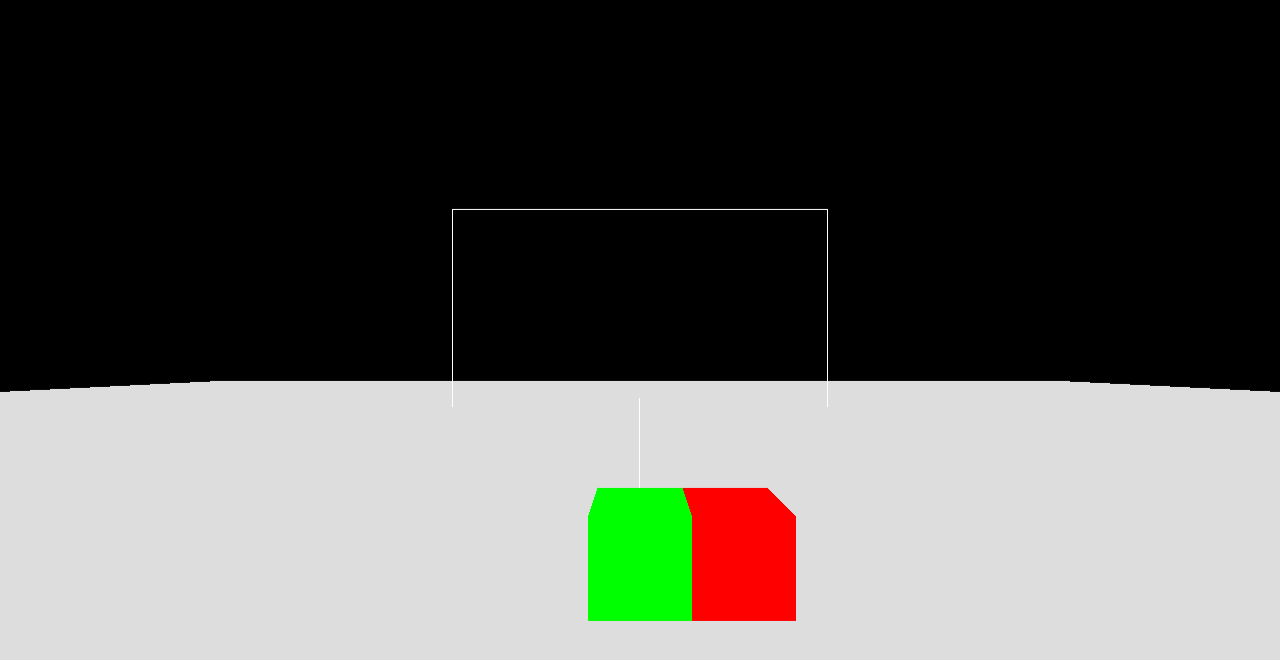
Repository: SanjoSolutions/projects
Page: minecraft/index.html
These files come from the project's save history. The page is drawn as it stood at one moment and after the next save; the edit follows.
The browser window is 1280 px wide. The pictures show the whole page.
Some web libraries are served in a nearby version.

Above is the page before, as saved 2020-08-31 19:44:43.

### minecraft/index.html
<html>
  <head>
    <title>My first three.js app</title>
    <style>
      body {
        margin: 0;
      }
      canvas {
        display: block;
      }
    </style>
  </head>
  <body>
    <script type="module" src="index.js"></script>
  </body>
</html>

### minecraft/index.js
import * as THREE from './node_modules/three/build/three.module.js';

const scene = new THREE.Scene()
const camera = new THREE.PerspectiveCamera(
  75,
  window.innerWidth / window.innerHeight,
  0.1,
  1000
)
camera.position.y = 2

const renderer = new THREE.WebGLRenderer()
renderer.setSize(window.innerWidth, window.innerHeight)
renderer.shadowMap.enabled = true
document.body.appendChild(renderer.domElement)

const ambientLight = createAmbientLight()
scene.add(ambientLight)

const hemisphereLight = createHemisphereLight()
scene.add(hemisphereLight)

const directionalLight = createDirectionalLight()
scene.add(directionalLight)

const directionalLightHelper = new THREE.DirectionalLightHelper(
  directionalLight,
  10
)
scene.add(directionalLightHelper)

const plane = createPlane()
scene.add(plane)

const cube1 = createCube(0x00ff00, { x: 0, y: 0, z: 0 })
scene.add(cube1)

const cube2 = createCube(0xff0000, { x: 1, y: 0, z: 0 })
scene.add(cube2)

camera.position.z = 5

const animate = function () {
  requestAnimationFrame(animate)

  // cube.rotation.x += 0.01
  // cube.rotation.y += 0.01

  renderer.render(scene, camera)
}

animate()

function createPlane() {
  const geometry = new THREE.PlaneGeometry(100, 100)
  const material = new THREE.MeshBasicMaterial({ color: 0xdddddd })
  const plane = new THREE.Mesh(geometry, material)
  plane.rotation.x = -Math.PI / 2
  plane.position.x = 0
  plane.position.y = -0.5
  plane.position.z = 0
  plane.receiveShadow = true
  return plane
}

function createCube(color, position) {
  const geometry = new THREE.BoxGeometry(1, 1, 1)
  const material = new THREE.MeshBasicMaterial({ color })
  const cube = new THREE.Mesh(geometry, material)
  cube.position.x = position.x
  cube.position.y = position.y
  cube.position.z = position.z
  cube.castShadow = true
  return cube
}

function createAmbientLight() {
  return new THREE.AmbientLight(0x666666)
}

function createHemisphereLight() {
  const hemisphereLight = new THREE.HemisphereLight(0xffffff, 0xffffff, 0.6)
  hemisphereLight.color.setHSL(0.6, 1, 0.6)
  hemisphereLight.groundColor.setHSL(0.095, 1, 0.75)
  hemisphereLight.position.set(0, 50, 0)
  return hemisphereLight
}

function createDirectionalLight() {
  const directionalLight = new THREE.DirectionalLight(0xffffff, 1)
  directionalLight.position.set(0, 0, -20)
  directionalLight.castShadow = true

  return directionalLight
}

After the next save:
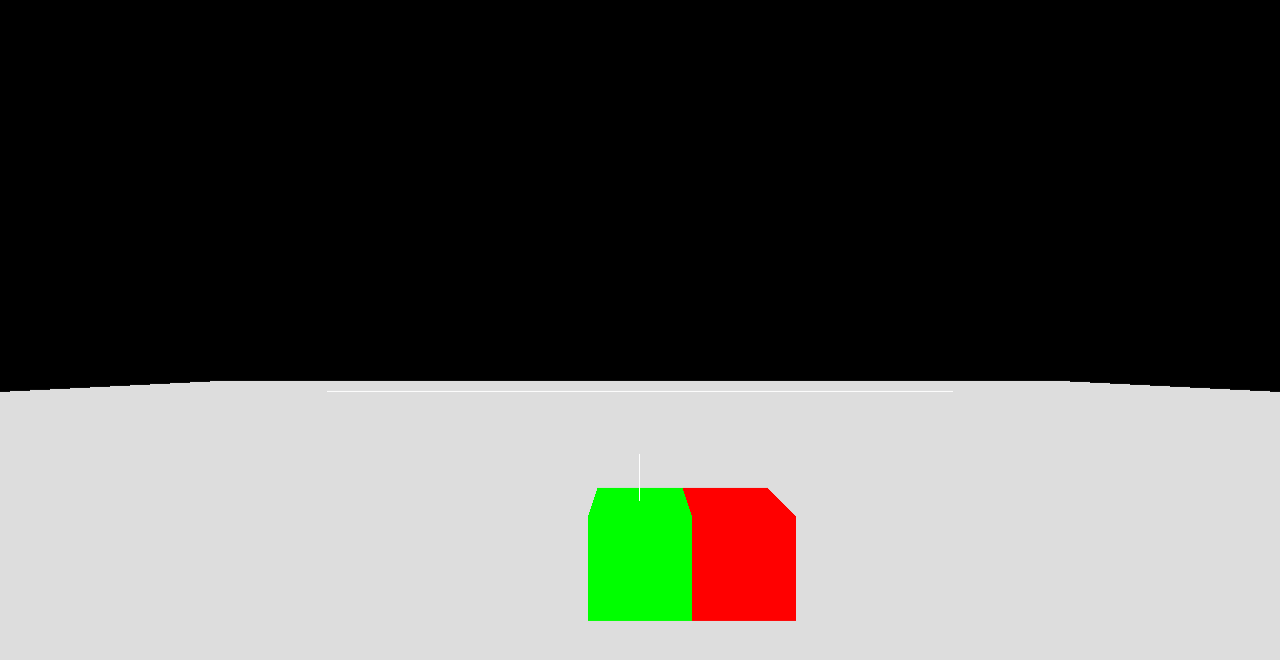
Saved 30 s later.
--- a/minecraft/index.js
+++ b/minecraft/index.js
@@ -88,7 +88,7 @@ function createHemisphereLight() {
 
 function createDirectionalLight() {
   const directionalLight = new THREE.DirectionalLight(0xffffff, 1)
-  directionalLight.position.set(0, 0, -20)
+  directionalLight.position.set(0, 1, -0)
   directionalLight.castShadow = true
 
   return directionalLight
